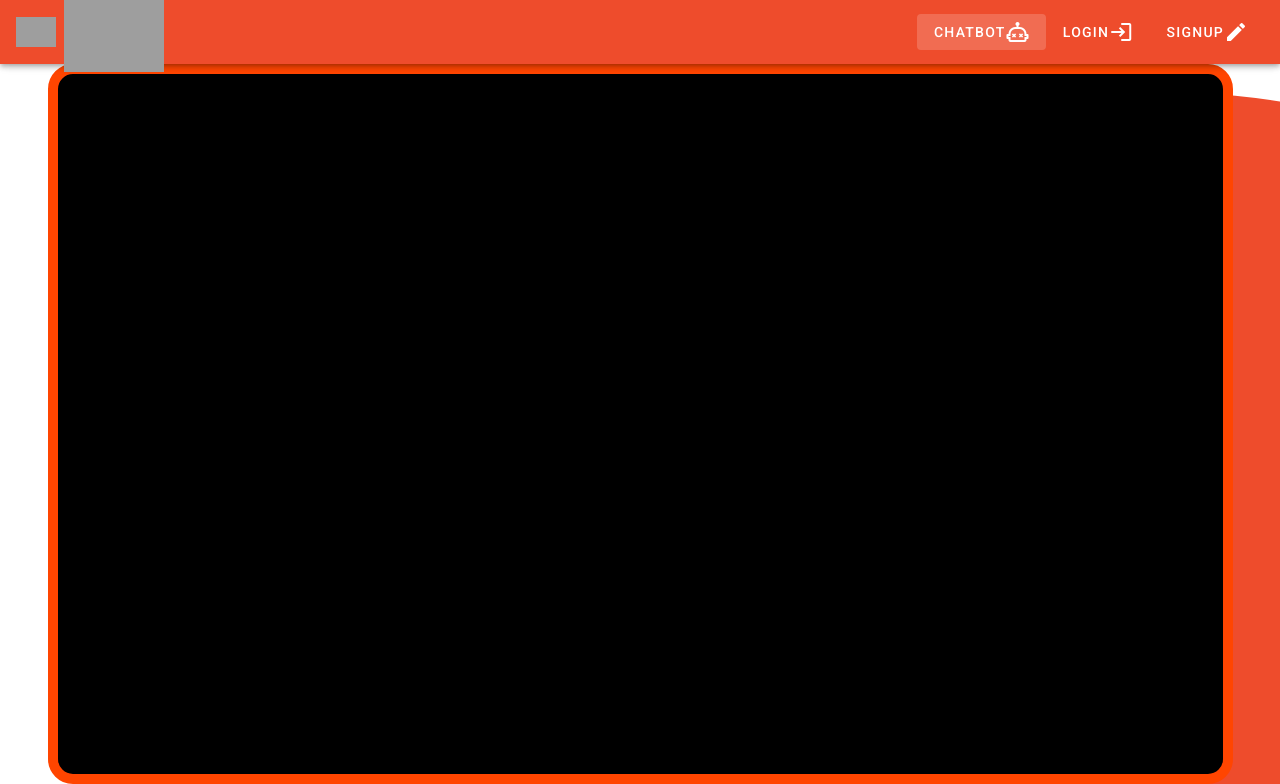
Repository: atout811/pyTorch-Hackathon
Page: /chatbot (app in frontend/)
The author's editor kept a copy of each file at every save. The page is drawn from the files as they stood at one save, then again after the next save.
The browser window is 1280 px wide. The pictures show the whole page.
Pictures or frames that could not be fetched are drawn as grey boxes. The project was rebuilt for these pictures with package versions that can differ from the ones it lists, and the page was loaded fresh each time. Also part of the build but not shown: frontend/vue.config.js, frontend/src/views/Home.vue.

Above is the page before, as saved 2021-10-21 14:50:47.

### frontend/src/main.js
import Vue from 'vue'
import App from './App.vue'
import './registerServiceWorker'
import router from './router'
import store from './store'
import vuetify from './plugins/vuetify'
import instance from './plugins/axios'

Vue.config.productionTip = false
Vue.prototype.$axios = instance;

new Vue({
  router,
  store,
  vuetify,
  render: function (h) { return h(App) }
}).$mount('#app')

### frontend/src/App.vue
<template>
  <v-app>
    <v-app-bar app color="primary" dark>
      <div class="d-flex align-center">
        <v-img
          alt="Vuetify Logo"
          class="shrink mr-2"
          contain
          src="https://cdn.vuetifyjs.com/images/logos/vuetify-logo-dark.png"
          transition="scale-transition"
          width="40"
        />

        <v-img
          alt="Vuetify Name"
          class="shrink mt-1 hidden-sm-and-down"
          contain
          min-width="100"
          src="https://cdn.vuetifyjs.com/images/logos/vuetify-name-dark.png"
          width="100"
        />
      </div>

      <v-spacer></v-spacer>
      <v-btn to="/chatbot" text>
        <v-text>Chatbot</v-text>
        <v-icon>mdi-robot-dead-outline</v-icon>
      </v-btn>
      <v-btn to="/login" text>
        <v-text>Login</v-text>
        <v-icon>mdi-login</v-icon>
      </v-btn>
      <v-btn to="/signup" text>
        <v-text>Signup</v-text>
        <v-icon>mdi-pencil</v-icon>
      </v-btn>
    </v-app-bar>

    <v-main class="bubble">
      <router-view />
    </v-main>
  </v-app>
</template>

<script>
export default {
  name: "App",

  data: () => ({
    //
  }),
};
</script>
<style>
.bubble::before {
  background-color: var(--v-primary-base);
  clip-path: circle(80% at 90% 120%);
  width: 100%;
  height: 100%;
  content: "";
  position: absolute;
  box-sizing: none;
  top: 0;
  left: 0;
}
</style>

### frontend/src/router/index.js
import Vue from "vue";
import VueRouter from "vue-router";
import Home from "../views/Home.vue";

Vue.use(VueRouter);

const routes = [
  {
    path: "/",
    name: "Home",
    component: Home,
  },
  {
    path: "/about",
    name: "About",
    // route level code-splitting
    // this generates a separate chunk (about.[hash].js) for this route
    // which is lazy-loaded when the route is visited.
    component: function() {
      return import(/* webpackChunkName: "about" */ "../views/About.vue");
    },
  },
  {
    path: "/login",
    name: "Login",
    // route level code-splitting
    // this generates a separate chunk (Login.[hash].js) for this route
    // which is lazy-loaded when the route is visited.
    component: function() {
      return import(/* webpackChunkName: "Login" */ "../views/Login.vue");
    },
  },
  {
    path: "/signup",
    name: "Signup",
    // route level code-splitting
    // this generates a separate chunk (Signup.[hash].js) for this route
    // which is lazy-loaded when the route is visited.
    component: function() {
      return import(/* webpackChunkName: "Signup" */ "../views/Signup.vue");
    },
  },
  {
    path: "/chatbot",
    name: "chatbot",
    // route level code-splitting
    // this generates a separate chunk (Signup.[hash].js) for this route
    // which is lazy-loaded when the route is visited.
    component: function() {
      return import(/* webpackChunkName: "Signup" */ "../views/Chatbot.vue");
    },
  },
];

const router = new VueRouter({
  mode: "history",
  base: process.env.BASE_URL,
  routes,
});

export default router;

### frontend/src/plugins/vuetify.js
import Vue from 'vue';
import Vuetify from 'vuetify/lib/framework';

Vue.use(Vuetify);

export default new Vuetify({
    theme: {
        themes: {
            light: {
                primary: "#ee4c2c"
            }
        }, options: {
            customProperties: true
        },
    }
});

### frontend/src/plugins/axios.js
import axios from "axios";

const instance = axios.create({
    headers: {
        "Content-Type": "application/json"
    }
})

export default instance;

### frontend/src/views/Chatbot.vue
<template>
  <div class="container"></div>
</template>

<script>
export default {
  name: "chatbot",
  data() {
    return {
      chat: [],
    };
  },
};
</script>

<style>
.container {
  height: 100vh;
  width: 100vw;
  /* margin: 10px; */
  background-color: black;
  border-radius: 25px;
  border: 10px solid orangered;
}
</style>

Loaded but not shown: frontend/public/index.html (common file); frontend/src/registerServiceWorker.js (common file); frontend/src/store/index.js (common file)

After the next save:
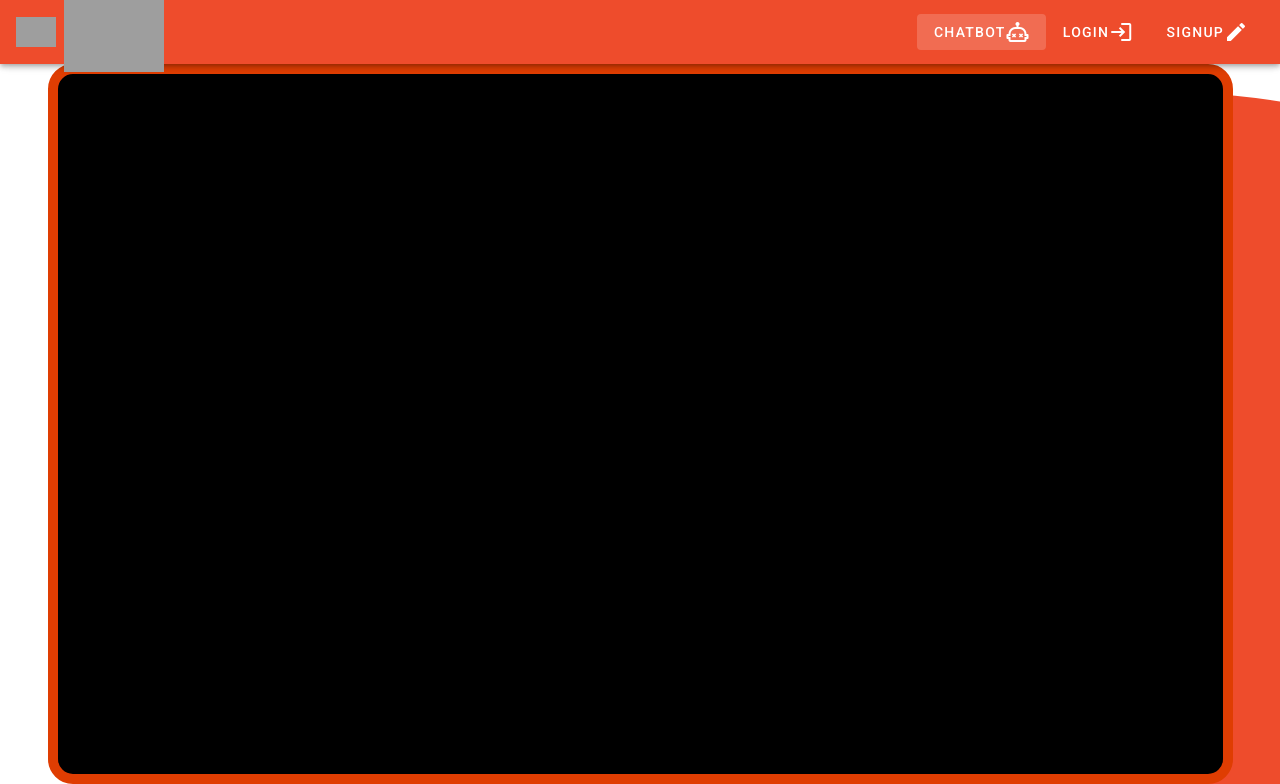
Saved 8 s later.
--- a/frontend/src/views/Chatbot.vue
+++ b/frontend/src/views/Chatbot.vue
@@ -20,6 +20,6 @@ export default {
   /* margin: 10px; */
   background-color: black;
   border-radius: 25px;
-  border: 10px solid orangered;
+  border: 10px solid rgb(223, 61, 2);
 }
 </style>
